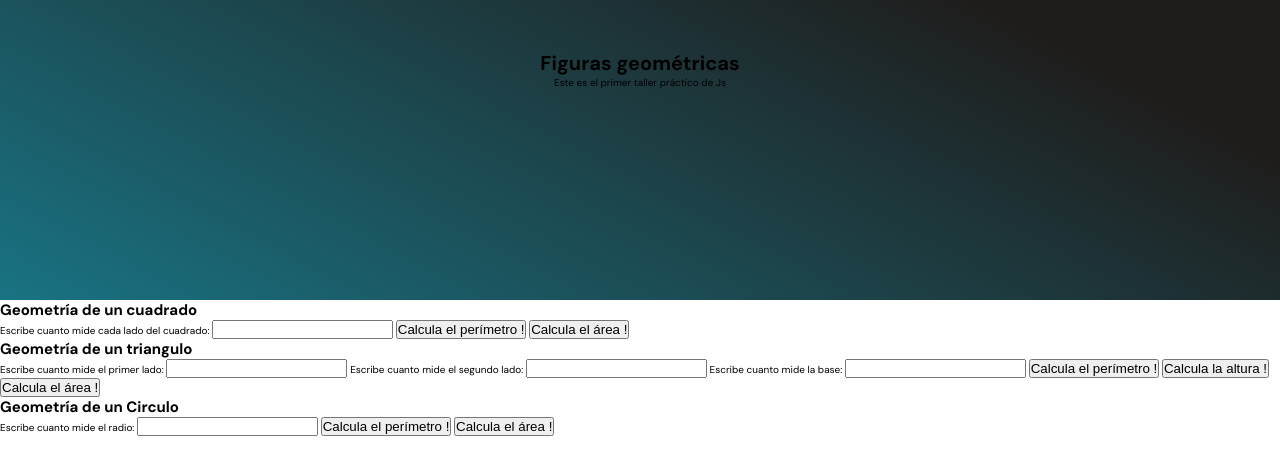
Repository: ChristianGecchelin/javascript-project
Page: javascript-project/figuras-geometricas/figuras.html
These files come from the project's save history. The page is drawn as it stood at one moment and after the next save; the edit follows.
The browser window is 1280 px wide. The pictures show the whole page.

Above is the page before, as saved 2021-12-01 21:20:43.

### javascript-project/figuras-geometricas/figuras.html
<!DOCTYPE html>
<html lang="en">
  <head>
    <meta charset="UTF-8" />
    <meta http-equiv="X-UA-Compatible" content="IE=edge" />
    <meta name="viewport" content="width=device-width, initial-scale=1.0" />
    <title>Figuras geométricas | Proyecto 1</title>
    <link rel="preconnect" href="https://fonts.googleapis.com" />
    <link rel="preconnect" href="https://fonts.gstatic.com" crossorigin />
    <link
      href="https://fonts.googleapis.com/css2?family=DM+Sans:wght@400;500;700&family=Inter:wght@300;500&display=swap"
      rel="stylesheet"
    />
    <link rel="stylesheet" href="./style.css" />
  </head>
  <body>
    <header>
      <div class="header--title-container">
        <h1>Figuras geométricas</h1>
        <p>Este es el primer taller práctico de Js</p>
      </div>
    </header>
    <section>
      <h2>Geometría de un cuadrado</h2>
      <form action="">
        <label for="">Escribe cuanto mide cada lado del cuadrado:</label>
        <input type="number" id="inputCuadrado" />
        <button type="button" onclick="calcularPerimetroCuadrado()">
          Calcula el perímetro !
        </button>
        <button type="button" onclick="calcularAreaCuadrado()">
          Calcula el área !
        </button>
        <!-- type button, para quitarle el submit por defecto y que no me redireccione a ningun lado -->
      </form>
    </section>
    <section>
      <h2>Geometría de un triangulo</h2>
      <form action="">
        <label for="">Escribe cuanto mide el primer lado:</label>
        <input type="number" id="inputLado1" />
        <label for="">Escribe cuanto mide el segundo lado:</label>
        <input type="number" id="inputLado2" />
        <label for="">Escribe cuanto mide la base:</label>
        <input type="number" id="inputBase" />
        <button type="button" onclick="calcularPerimetroTriangulo()">
          Calcula el perímetro !
        </button>
        <button type="button" onclick="calcularAlturaTriangulo()">
          Calcula la altura !
        </button>
        <button type="button" onclick="calcularAreaTriangulo()">
          Calcula el área !
        </button>
        <!-- type button, para quitarle el submit por defecto y que no me redireccione a ningun lado -->
      </form>
    </section>
    <section>
      <h2>Geometría de un Circulo</h2>
      <form action="">
        <label for="">Escribe cuanto mide el radio:</label>
        <input type="number" id="inputRadio" />
        <button type="button" onclick="calcularPerimetroCirculo()">
          Calcula el perímetro !
        </button>
        <button type="button" onclick="calcularAreaCirculo()">
          Calcula el área !
        </button>
        <!-- type button, para quitarle el submit por defecto y que no me redireccione a ningun lado -->
      </form>
    </section>
    <script src="./figurasConFunciones.js"></script>
  </body>
</html>

### javascript-project/figuras-geometricas/style.css
* {
  box-sizing: border-box;
  margin: 0;
  padding: 0;
}
html {
  font-size: 62.5%;
  font-family: "DM Sans", sans-serif;
}
header {
  position: relative;
  display: flex;
  flex-direction: column;
  justify-content: center;
  width: 100%;
  min-width: 320px;
  height: 300px;
  text-align: center;
  background: linear-gradient(207.8deg, #1f1d1c 16.69%, #197383 100%);
}
header .header--title-container {
  width: 90%;
  min-width: 288px;
  max-width: 900px;
  height: 200px;
  text-align: center;
  align-self: center;
}

### javascript-project/figuras-geometricas/figurasConFunciones.js
/* Codigo del cuadrado */
console.group("Cuadrado");
function perimetroCuadrado(lado) {
  return lado * 4;
}
/* console.log(`Perimetro del cuadrado es: ${perimetroCuadrado} cm.`); */
function areaCuadrado(lado) {
  return (
    lado ** 2
  ); /* debe estar escrito de igual manera el parametro que el return */
}

/* console.log(`El area del cuadrado es: ${areaCuadrado} cm^2.`); */
console.groupEnd();

/* Codigo del triangulo */
console.group("Triangulo");

function perimetroTriangulo(lado1, lado2, base) {
  return lado1 + lado2 + base;
}
function calcularAltura(lado1, lado2, lado3) {
  let ladosIguales;
  let ladoBase;
  let altura;

  if (
    lado1 + lado2 <= lado3 ||
    lado1 + lado3 <= lado2 ||
    lado2 + lado3 <= lado1
  ) {
    alert(
      "En un triangulo la base no puede ser mayor a la suma de sus catetos"
    );
  } else {
    switch (true) {
      case lado1 === lado2:
        ladosIguales = lado1;
        ladoBase = lado3;
        break;
      case lado1 === lado3:
        ladosIguales = lado1;
        ladoBase = lado2;
        break;
      case lado3 === lado2:
        ladosIguales = lado2;
        ladoBase = lado1;
        break;
    }
    if (!ladosIguales) {
      alert("Tu triangulo no es isosceles, ingresa la altura");
    } else {
      altura = Math.sqrt(ladosIguales ** 2 - ladoBase ** 2 / 4);
    }
  }
  return ladosIguales, ladoBase, altura;
}
function areaTriangulo(ladoBase, altura) {
  return (
    (ladoBase * altura) / 2
  ); /* tengo que llamar a la funcion altura para pasarle el dato */
}
console.groupEnd();

//Codigo Circulo
console.group("Circulo");
function diametroCirculo(radio) {
  return radio * 2;
}
const pi = Math.PI;
function circunferencia(radio) {
  const diametro = diametroCirculo(radio);
  /* llamo a una funcion dentro de otra y creo una variable que tiene alcance local */
  return diametro * pi;
}
function superficieCirculo(radio) {
  return pi * radio ** 2;
}

console.groupEnd();
/* Creo una funcion, que a traves del id obtengo lo que el usuario ingreso en el input. y con eso le saco el value que le paso
a la funcion que cree antes y es la encargada de hacer el calculo para luego mostrarse en un aler */
function calcularPerimetroCuadrado() {
  const input = document.getElementById("inputCuadrado");
  const value = input.value;
  const perimetro = perimetroCuadrado(value);
  alert(perimetro);
}
function calcularAreaCuadrado() {
  const input = document.getElementById("inputCuadrado");
  const value = input.value;
  const area = areaCuadrado(value);
  alert(area);
}

function calcularPerimetroTriangulo() {
  const inputLado1 = document.getElementById("inputLado1");
  const valueLado1 = Number(inputLado1.value);
  const inputLado2 = document.getElementById("inputLado2");
  const valueLado2 = Number(inputLado2.value);
  const inputBase = document.getElementById("inputBase");
  const valueBase = Number(inputBase.value);
  /* Es importante ponerle number porque por mas que el input tenga type number, este lo transforma como un string */
  const perimetro = perimetroTriangulo(valueLado1, valueLado2, valueBase);
  alert(perimetro);
}

function calcularAlturaTriangulo() {
  const inputLado1 = document.getElementById("inputLado1");
  const valueLado1 = Number(inputLado1.value);
  const inputLado2 = document.getElementById("inputLado2");
  const valueLado2 = Number(inputLado2.value);
  const inputBase = document.getElementById("inputBase");
  const valueBase = Number(inputBase.value);
  const alturaTriangulo = calcularAltura(valueLado1, valueLado2, valueBase);
  alert(alturaTriangulo);
}

function calcularAreaTriangulo() {
  /* const inputAltura = document.getElementById("inputAltura");
  const valueAltura = Number(inputAltura.value);
  const inputBase = document.getElementById("inputBase");
  const valueBase = inputBase.value;
  const area = areaTriangulo(valueAltura, valueBase);
  alert(area); */
  const inputLado1 = document.getElementById("inputLado1");
  const valueLado1 = Number(inputLado1.value);
  const inputLado2 = document.getElementById("inputLado2");
  const valueLado2 = Number(inputLado2.value);
  const inputBase = document.getElementById("inputBase");
  const valueBase = Number(inputBase.value);
  const altura = calcularAltura(valueLado1, valueLado2, valueBase);
  const area = areaTriangulo(valueBase, altura);
  alert(area);
}

function calcularPerimetroCirculo() {
  const inputRadio = document.getElementById("inputRadio");
  const valueRadio = inputRadio.value;
  const perimetro = circunferencia(valueRadio);
  alert(perimetro);
}
function calcularAreaCirculo() {
  const inputRadio = document.getElementById("inputRadio");
  const valueRadio = inputRadio.value;
  const superficie = superficieCirculo(valueRadio);
  alert(superficie);
}

After the next save:
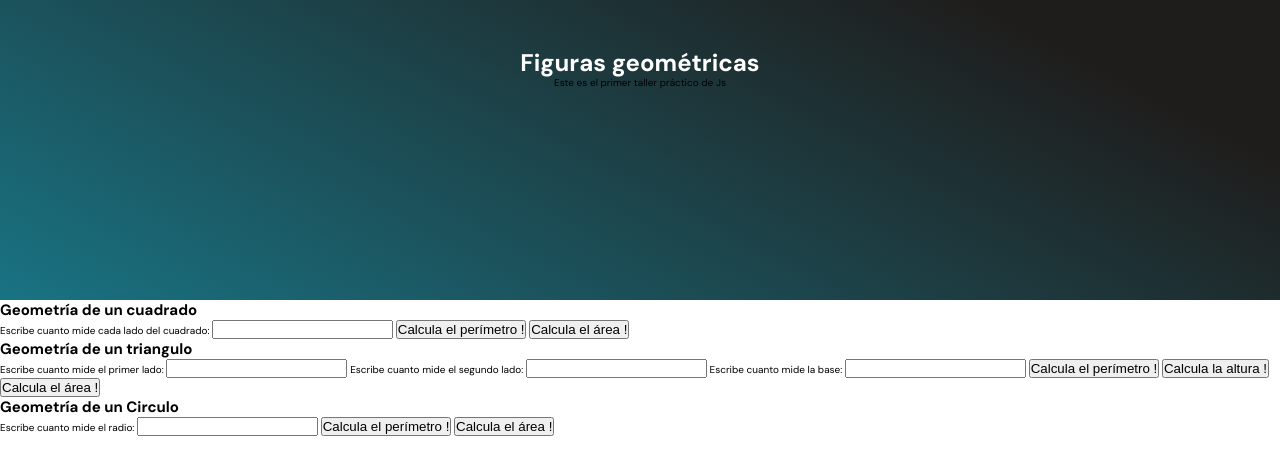
Saved 9 min 7 s later.
--- a/javascript-project/figuras-geometricas/style.css
+++ b/javascript-project/figuras-geometricas/style.css
@@ -1,3 +1,14 @@
+:root {
+  --Dark-lightblue: #197383;
+  --soft-orange: #ffe9d5;
+  --secondary-blue: #1a9af7;
+  --soft-blue: #e7f5ff;
+  --warm-black: #201e1c;
+  --black: #282623;
+  --grey: #bababa;
+  --off-white: #faf8f7;
+  --just-white: #fff;
+}
 * {
   box-sizing: border-box;
   margin: 0;
@@ -26,3 +37,9 @@ header .header--title-container {
   text-align: center;
   align-self: center;
 }
+header .header--title-container h1 {
+  font-size: 2.4rem;
+  font-weight: 700;
+  line-height: 2.6rem;
+  color: var(--just-white);
+}
